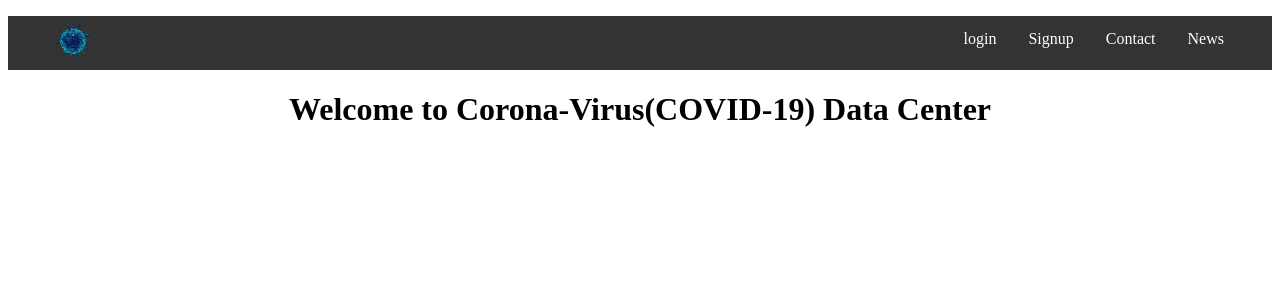
Repository: xthashankar/COVID-19-data-
Page: news.html
These files come from the project's save history. The page is drawn as it stood at one moment and after the next save; the edit follows.
The browser window is 1280 px wide. The pictures show the whole page.

Above is the page before, as saved 2020-04-10 14:08:15.

### news.html
<!DOCTYPE html>
<html lang="en">
<head>
    <meta charset="UTF-8">
    <meta name="viewport" content="width=device-width, initial-scale=1.0">
    <link rel="stylesheet" href="css/news.css">
    <title>Document</title>
</head>
<body>
    <ul>
        <img src="image/coronavirus.png">
        <li><a class="nav" href="#"></a></li>
        <li><a href="#">News</a></li>
        <li><a href="#">Contact</a></li>
        <li><a href="#">Signup</a></li>
        <li><a href="#">login</a></li>
    </ul>
    <h1>Welcome to Corona-Virus(COVID-19) Data Center</h1>

</body>
<script src="javascript/news.js"></script>
</html>

### css/news.css
ul{
    list-style-type:none;
    overflow: hidden;
    background-color:#333;
}
li{
   float:right;
}
li a{
    display: block;
    color:white;
    text-align: center;
    padding: 14px 16px;
    text-decoration: none;
}
li a:hover{
    background-color: #111;
}
h1{
    text-align: center;
}
img{
    width:50px;
    height:50px;
}

Loaded but not shown: javascript/news.js (no copy from this time; the picture is the same without it)

After the next save:
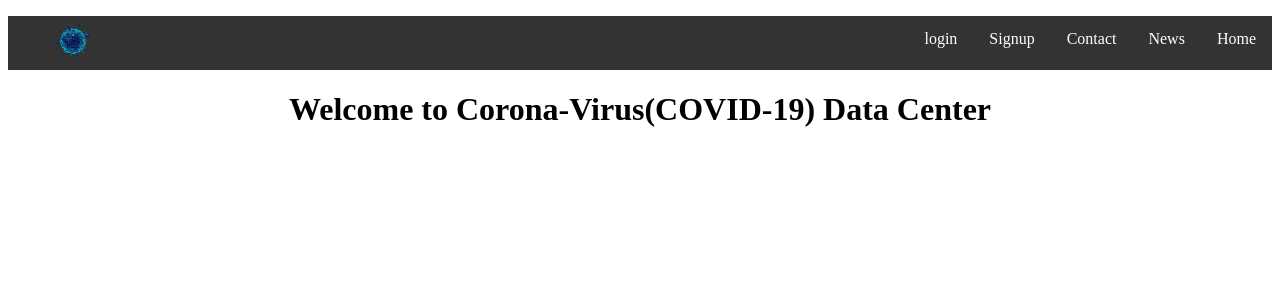
Saved 13 s later.
--- a/news.html
+++ b/news.html
@@ -9,7 +9,7 @@
 <body>
     <ul>
         <img src="image/coronavirus.png">
-        <li><a class="nav" href="#"></a></li>
+        <li><a class="nav" href="#">Home</a></li>
         <li><a href="#">News</a></li>
         <li><a href="#">Contact</a></li>
         <li><a href="#">Signup</a></li>
